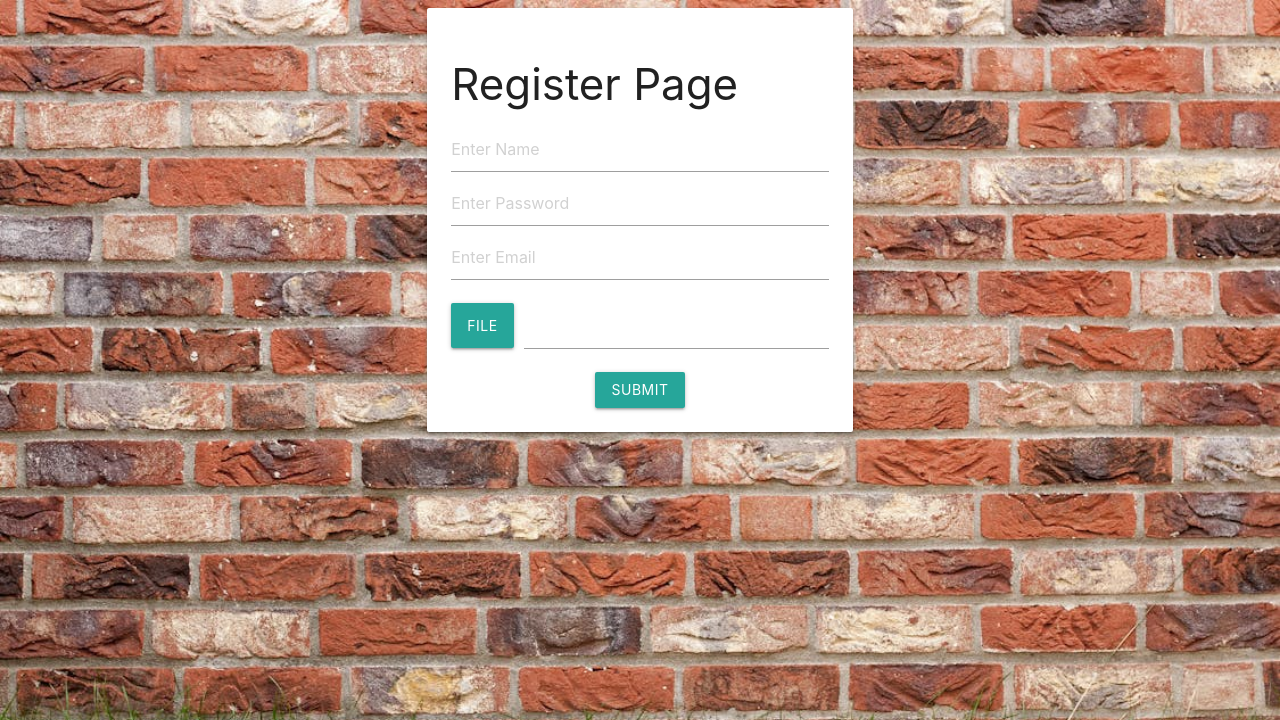
Repository: nin19/advance_java
Page: http://localhost/register-module/
An editor plug-in stored every save of this project. The page is shown before and after the next save, followed by the edit.
The browser window is 1280 px wide. The pictures show the whole page.
The page is served by Tomcat 9. Other server files are loaded and not shown.

Above is the page before, as saved 2024-10-19 08:47:43.

### servlet/register-module/src/main/webapp/signup.jsp
<%@ page language="java" contentType="text/html; charset=ISO-8859-1"
    pageEncoding="ISO-8859-1"%>
<!DOCTYPE html>
<html>
<head>
<meta charset="ISO-8859-1">
<title>SignUpPage</title>
 <!-- Compiled and minified CSS -->
    <link rel="stylesheet" href="https://cdnjs.cloudflare.com/ajax/libs/materialize/1.0.0/css/materialize.min.css">

    <!-- Compiled and minified JavaScript -->
    <script src="https://cdnjs.cloudflare.com/ajax/libs/materialize/1.0.0/js/materialize.min.js"></script>

</head>
<body style="background: url(img/background.jpeg);background-size: 100%">
	<div class="container">
		<div class="row">
			<div class="col m6 offset-m3">
				<div class="card">
					<div class="card-content">
						<h3>Register Page</h3>
						<h5 id="msg" class="center-align"></h5>
						<div class="form center-align">
							<form action="Register" method="post" id="myForm">
								<input type="text" name="user_name" placeholder="Enter Name"/>
								<input type="password" name="user_password" placeholder="Enter Password"/>
								<input type="email" name="user_email" placeholder="Enter Email"/>
								<div class="file-field input-field">
							      <div class="btn">
							        <span>File</span>
							        <input name="image" type="file">
							      </div>
							      <div class="file-path-wrapper">
							        <input class="file-path validate" type="text">
							      </div>
							    </div>
								<button type="submit" class="btn">Submit</button>
							</form>
						</div>
						<div class="loader center-align" style="margin-top: 10px;display: none">
							<div class="preloader-wrapper big active">
							    <div class="spinner-layer spinner-blue-only">
							      <div class="circle-clipper left">
							        <div class="circle"></div>
							      </div><div class="gap-patch">
							        <div class="circle"></div>
							      </div><div class="circle-clipper right">
							        <div class="circle"></div>
							      </div>
							    </div>
							 </div>
							 <h5>Please wait...</h5>
						</div>
					</div>
				</div>
			</div>
		</div>
	</div>
	<script src="https://code.jquery.com/jquery-3.7.1.min.js"
	  integrity="sha256-/JqT3SQfawRcv/BIHPThkBvs0OEvtFFmqPF/lYI/Cxo="
	  crossorigin="anonymous"></script>
	 <script>
	 	$(document).ready(function () {
	 		console.log("Page is ready...");

	 		$("#myForm").on('submit',function(event){
	 			event.preventDefault();
	 			// var f=$(this).serialize(); When data is in text form then serialize()can be used

	 			var f = new FormData(this);

	 			console.log(f);

	 			$(".loader").show();
	 			$(".form").hide();

	 			$.ajax({
	 				url:"Register",
	 				data:f,
	 				type:"POST",
	 				success:function(data,textStatus,jqXHR) {
	 					console.log(data);
	 					console.log("SUCCESS...");
	 					$(".loader").hide();
	 		 			$(".form").show();
	 		 			if(data.trim()==='done') {
	 		 				$('#msg').html("Successfully registered")
	 		 				$('#msg').addClass('green-text')
	 		 			}else {
	 		 				$('#msg').html("Something went wrong on server")
	 		 				$('#msg').addClass('red-text')
	 		 			}
	 				},
	 				error:function(jqXHR,textStatus,errorThrown) {
	 					console.log(data);
	 					console.log("ERROR...");
	 					$(".loader").hide();
	 		 			$(".form").show();
 		 				$('#msg').html("Something went wrong on server");
 		 				$('#msg').addClass('red-text')
	 				},
	 				processData:false,
	 				contentType:false
	 			})
	 		})
	 	})
	 </script>
</body>
</html>

After the next save:
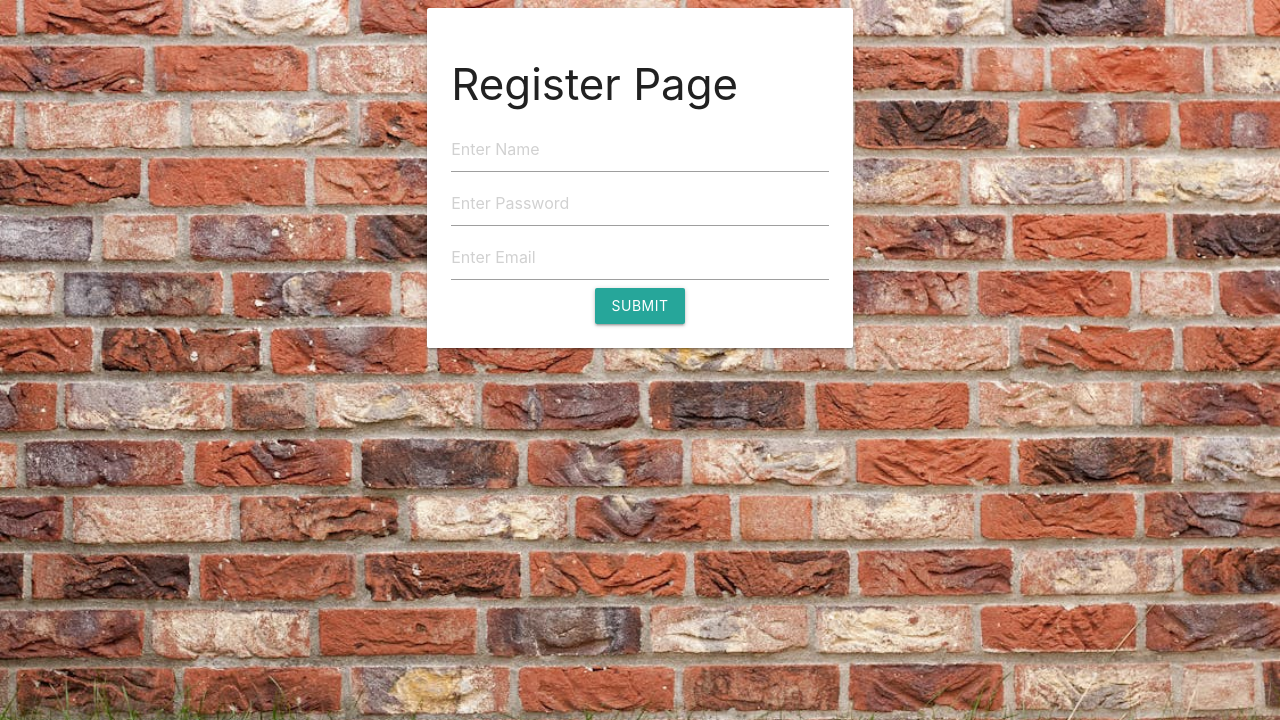
Saved 12 min 38 s later.
--- a/servlet/register-module/src/main/webapp/signup.jsp
+++ b/servlet/register-module/src/main/webapp/signup.jsp
@@ -25,7 +25,7 @@
 								<input type="text" name="user_name" placeholder="Enter Name"/>
 								<input type="password" name="user_password" placeholder="Enter Password"/>
 								<input type="email" name="user_email" placeholder="Enter Email"/>
-								<div class="file-field input-field">
+								<!-- <div class="file-field input-field">
 							      <div class="btn">
 							        <span>File</span>
 							        <input name="image" type="file">
@@ -33,7 +33,7 @@
 							      <div class="file-path-wrapper">
 							        <input class="file-path validate" type="text">
 							      </div>
-							    </div>
+							    </div> -->
 								<button type="submit" class="btn">Submit</button>
 							</form>
 						</div>
@@ -65,9 +65,9 @@
 
 	 		$("#myForm").on('submit',function(event){
 	 			event.preventDefault();
-	 			// var f=$(this).serialize(); When data is in text form then serialize()can be used
+	 			var f=$(this).serialize(); //When data is in text form then serialize()can be used
 
-	 			var f = new FormData(this);
+	 			//var f = new FormData(this);
 
 	 			console.log(f);
 
@@ -99,8 +99,6 @@
  		 				$('#msg').html("Something went wrong on server");
  		 				$('#msg').addClass('red-text')
 	 				},
-	 				processData:false,
-	 				contentType:false
 	 			})
 	 		})
 	 	})
